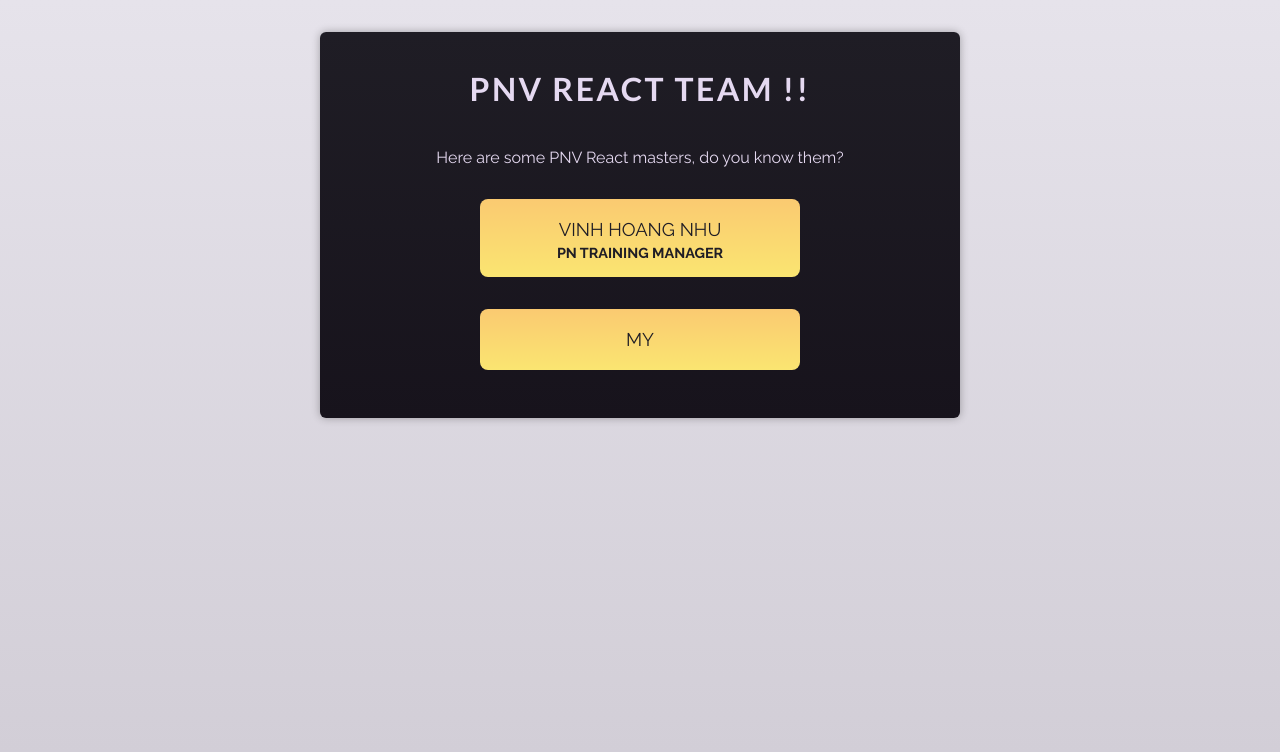
Repository: SoutPanhavon168/S2---PRACTICE---Props---List-display
Page: / (app in exercise-2/)
The author's editor kept a copy of each file at every save. The page is drawn from the files as they stood at one save, then again after a run of saves.
The browser window is 1280 px wide. The pictures show the whole page.
The project was rebuilt for these pictures with package versions that can differ from the ones it lists, and the page was loaded fresh each time. Also part of the build but not shown: exercise-2/vite.config.js.

Above is the page before, as saved 2025-02-27 14:05:07.

### exercise-2/src/App.jsx
import React from "react";

export const vinhData = {
  firstName: "Vinh",
  lastName: "Hoang Nhu",
  title: "PN Training Manager",
};

export const myData = {
  firstName: "My",
  lastName: "Ngo",
  title: "PN Trainer",
};

// TODO Edit the User component code to be able to display DIFFERENT users !
export function User({firstName , lastName , title}) {
  return (
    <div id="user" data-testid="user">
      <h2>{firstName} {lastName}</h2>
      <p>{title}</p>
    </div>
  );
}

function App() {
  return (
    <div id="app">
      <h1>PNV React Team !!</h1>
      <p>Here are some PNV React masters, do you know them?</p>
      <User firstName={vinhData.firstName} lastName={vinhData.lastName} title={vinhData.title}/> {/* This line needs some changes*/}
      <User firstName={myData.firstName}  lastName/> {/* This line needs some changes*/}
    </div>
  );
}

export default App;

Loaded but not shown: exercise-2/index.html (common file); exercise-2/src/index.jsx (common file); exercise-2/src/index.css (common file)

After the next 3 saves:
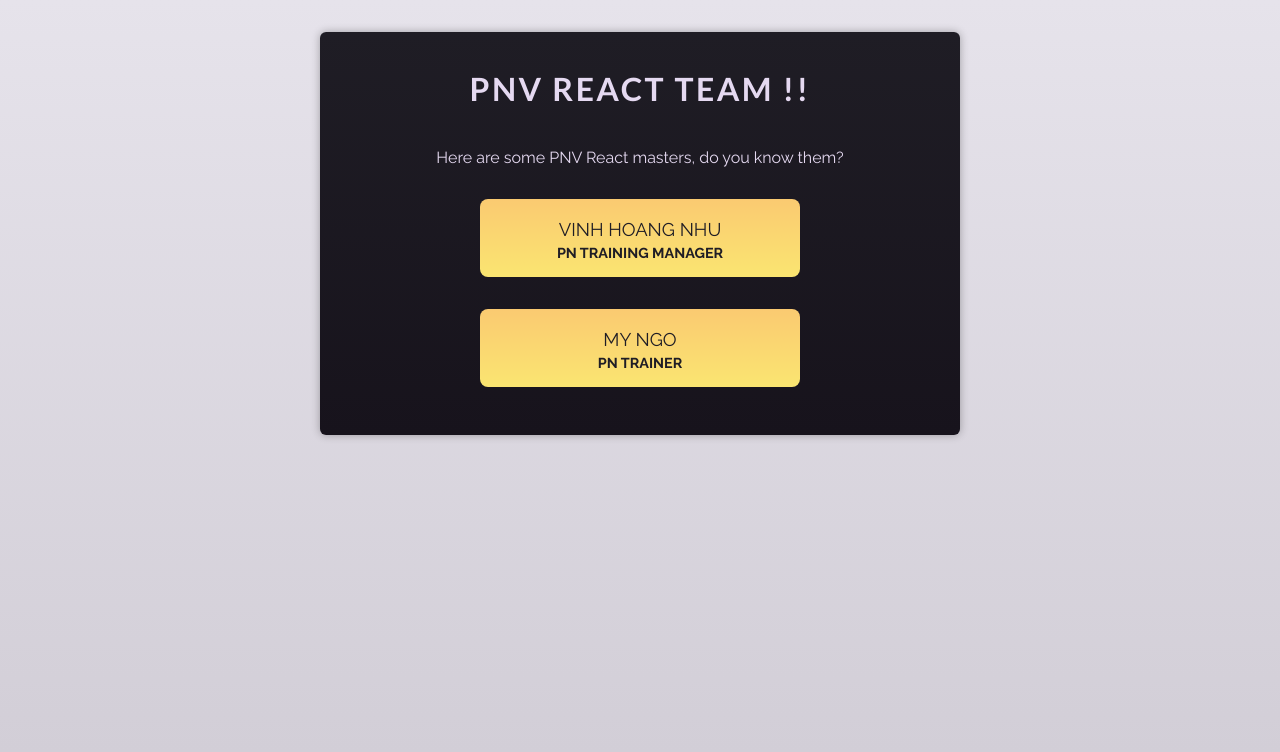
The 3 saves are shown as one change because 1 did not build or start and some came seconds apart.
The last was saved 16 s later.
--- a/exercise-2/src/App.jsx
+++ b/exercise-2/src/App.jsx
@@ -28,7 +28,7 @@ function App() {
       <h1>PNV React Team !!</h1>
       <p>Here are some PNV React masters, do you know them?</p>
       <User firstName={vinhData.firstName} lastName={vinhData.lastName} title={vinhData.title}/> {/* This line needs some changes*/}
-      <User firstName={myData.firstName}  lastName/> {/* This line needs some changes*/}
+      <User firstName={myData.firstName}  lastName={myData.lastName} title={myData.title}/> {/* This line needs some changes*/}
     </div>
   );
 }
